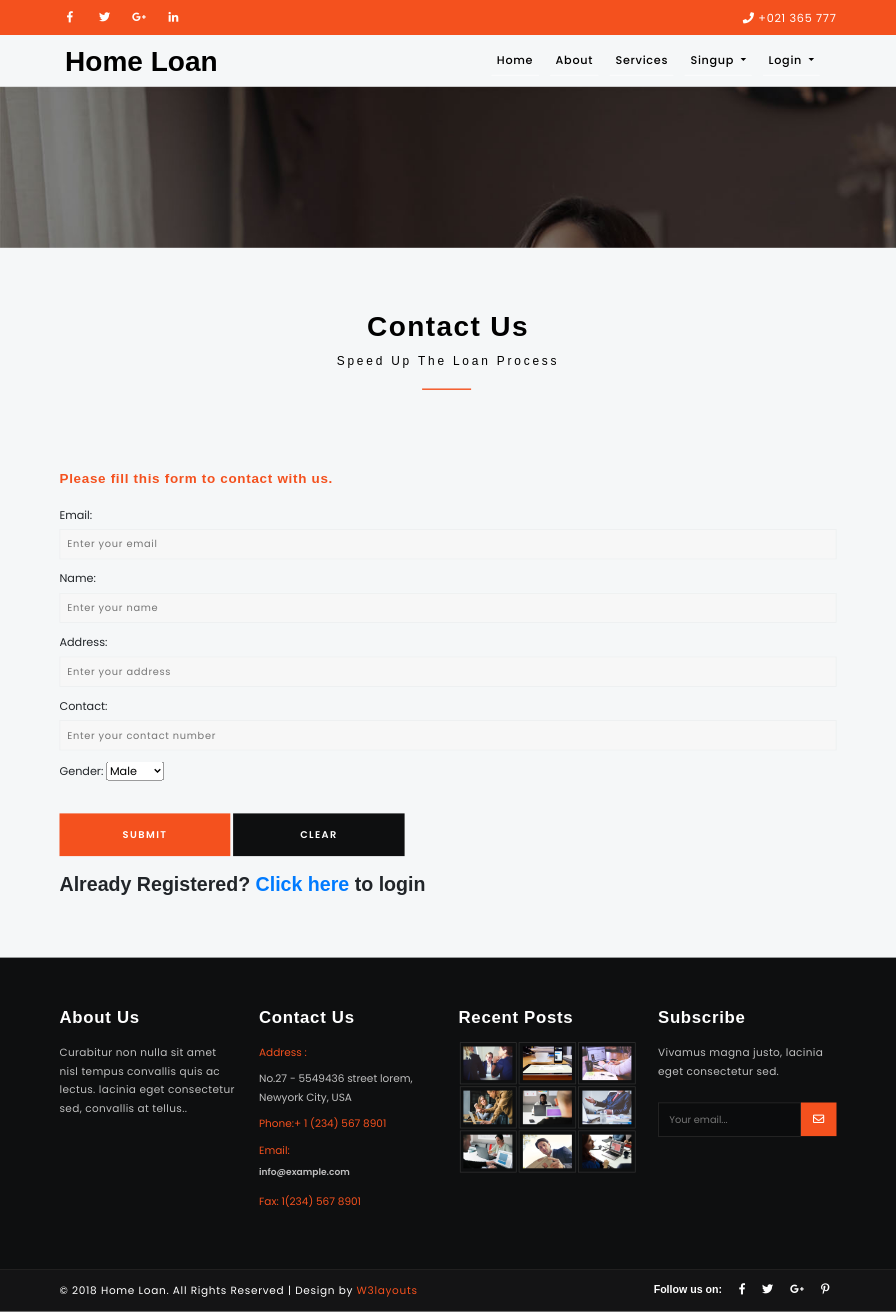
Repository: 72-faisal/Spring-MVC-project
Page: http://localhost/HomeLoan/WEB-INF/views/UserFormForLoanOnline.jsp
An editor plug-in stored every save of this project. The page is shown before and after the next save, followed by the edit.
The browser window is 1280 px wide. The pictures show the whole page, at 70% of full size.
Some web fonts or font styles are not loaded; a fallback is used. The page is served by Tomcat 9. Nobody is signed in. Other server files are loaded and not shown. The template is opened directly, without the code that normally fills it, so the values that code supplies are empty.

Above is the page before, as saved 2023-12-29 05:42:27.

### HomeLoan/src/main/webapp/WEB-INF/views/UserFormForLoanOnline.jsp
<%@ page language="java" contentType="text/html; charset=ISO-8859-1"
	pageEncoding="ISO-8859-1"%>

<!--
Author: W3layouts
Author URL: http://w3layouts.com
License: Creative Commons Attribution 3.0 Unported
License URL: http://creativecommons.org/licenses/by/3.0/
-->
<!DOCTYPE HTML>
<html lang="zxx">

<head>
<title>Home Loan a Banking Category Flat Bootstrap Responsive
	Website Template | Contact :: w3layouts</title>
<meta name="viewport" content="width=device-width, initial-scale=1">
<meta charset="utf-8">
<meta name="keywords"
	content="Home Loan Responsive web template, Bootstrap Web Templates, Flat Web Templates, Android Compatible web template,
SmartPhone Compatible web template, free WebDesigns for Nokia, Samsung, LG, SonyEricsson, Motorola web design" />
<script>
	addEventListener("load", function() {
		setTimeout(hideURLbar, 0);
	}, false);

	function hideURLbar() {
		window.scrollTo(0, 1);
	}
</script>

<!-- Bootstrap Core CSS -->
<link href="<%=request.getContextPath()%>/resources/css/bootstrap.css"
	rel='stylesheet' type='text/css' />
<link href="<%=request.getContextPath()%>/resources/css/style.css"
	rel='stylesheet' type='text/css' />
<!-- font-awesome icons -->
<link
	href="<%=request.getContextPath()%>/resources/css/fontawesome-all.min.css"
	rel="stylesheet">
<!-- //Custom Theme files -->
<!-- online fonts -->
<!-- titles -->
<link
	href="//fonts.googleapis.com/css?family=Raleway:300,400,500,600,700,800,900"
	rel="stylesheet">
<!-- body -->
<link
	href="//fonts.googleapis.com/css?family=Poppins:400,500,600,700,800"
	rel="stylesheet">
</head>

<body>

	<!-- header -->
	<header>
		<div class="top">
			<div class="container">
				<div class="t-op row">
					<div class="col-sm-6 top-middle">
						<ul>
							<li><a href="#"><i class="fab fa-facebook-f"></i></a></li>
							<li><a href="#"><i class="fab fa-twitter"></i></a></li>
							<li><a href="#"><i class="fab fa-google-plus-g"></i></a></li>
							<li><a href="#"><i class="fab fa-linkedin-in"></i></a></li>
						</ul>
					</div>
					<div class="col-sm-6 top-left">
						<ul>
							<li><i class="fas fa-phone"></i> +021 365 777</li>
						</ul>
					</div>
				</div>
			</div>
		</div>
		<div class="container">
			<nav class="navbar navbar-expand-lg navbar-light">
				<h1>
					<a class="navbar-brand text-capitalize" href=index> Home Loan </a>
				</h1>
				<button class="navbar-toggler" type="button" data-toggle="collapse"
					data-target="#navbarSupportedContent"
					aria-controls="navbarSupportedContent" aria-expanded="false"
					aria-label="Toggle navigation">
					<span class="navbar-toggler-icon"></span>
				</button>

				<div class="collapse navbar-collapse" id="navbarSupportedContent">
					<ul class="navbar-nav text-center  ml-lg-auto">
						<li class="nav-item mr-3"><a class="nav-link" href=index>Home
								<span class="sr-only">(current)</span>
						</a></li>
						<li class="nav-item  mr-3"><a class="nav-link" href="about">About</a>
						</li>
						<li class="nav-item  mr-3"><a class="nav-link"
							href="services">Services</a></li>
						<li class="nav-item dropdown mr-3"><a
							class="nav-link dropdown-toggle" href="#" id="navbarDropdown"
							role="button" data-toggle="dropdown" aria-haspopup="true"
							aria-expanded="false"> Singup </a>
							<div class="dropdown-menu" aria-labelledby="navbarDropdown">
								<a class="dropdown-item" href="UserRegister">Register</a>
								<!-- <a class="dropdown-item" href="gallery">Gallery</a> -->
							</div></li>
						<li class="nav-item dropdown mr-3"><a
							class="nav-link dropdown-toggle" href="#" id="navbarDropdown"
							role="button" data-toggle="dropdown" aria-haspopup="true"
							aria-expanded="false"> Login </a>
							<div class="dropdown-menu" aria-labelledby="navbarDropdown">
								<a class="dropdown-item" href="UserLogin">Login</a>
								<!-- <a class="dropdown-item" href="gallery">Gallery</a> -->
							</div></li>
						<!-- 	<li class="nav-item active"><a class="nav-link"
							href="contact">contact</a></li> -->
					</ul>
				</div>
			</nav>
		</div>
	</header>
	<!-- //header -->
	<!-- banner -->
	<section class="banner-1"></section>
	<!-- //banner -->
	<!--/contact-->
	<section class="contact py-5">
		<div class="container py-md-4 mt-md-3">
			<h2 class="heading-agileinfo">
				Contact Us<span>Speed Up The Loan Process</span>
			</h2>
			<span class="w3-line black"></span>
			<div class="inner-sec-w3layouts-agileinfo mt-md-5 pt-5">

				<div class="contact_grid_right mt-5">
					<h6>Please fill this form to contact with us.</h6>
					<form action="UploadDocuments" method="post" enctype="multipart/form-data">
						<div class="contact_left_grid">
							<div class="form-group">
								<label for="email">Email:</label> <input type="email" id="email"
									name="lemail" placeholder="Enter your email" required="">
							</div>
							<div class="form-group">
								<label for="name">Name:</label> <input type="text" id="name"
									name="lname" placeholder="Enter your name" required="">
							</div>

							<div class="form-group">
								<label for="address">Address:</label> <input type="text"
									id="address" name="laddress" placeholder="Enter your address"
									required="">
							</div>


							<div class="form-group">
								<label for="contact">Contact:</label> <input type="text"
									id="contact" name="lcontact"
									placeholder="Enter your contact number" required="">
							</div>
							<div class="form-group">
								<label for="gender">Gender:</label> <select id="gender"
									name="l	gender" required="">
									<option value="male">Male</option>
									<option value="female">Female</option>
								</select>
							</div>




							<br> <input type="submit" name="action" value="Submit">
							<input type="reset" value="Clear">
							<div class="clearfix"></div>
							<br>
							<h3>
								Already Registered? <a href="UserLogin">Click here</a> to login
							</h3>
						</div>
					</form>
				</div>
			</div>
		</div>
	</section>
	<!--//contact-->
	<!--footer-->
	<footer>
		<div class="container py-md-4 mt-md-3">
			<div class="row footer-top-w3layouts-agile py-5">
				<div class="col-lg-3 col-md-6 col-sm-6 footer-grid">
					<div class="footer-title">
						<h3>About Us</h3>
					</div>
					<div class="footer-text">
						<p>Curabitur non nulla sit amet nisl tempus convallis quis ac
							lectus. lacinia eget consectetur sed, convallis at tellus..</p>

					</div>
				</div>
				<div class="col-lg-3 col-md-6 col-sm-6 footer-grid">
					<div class="footer-title">
						<h3>Contact Us</h3>
					</div>
					<div class="footer-office-hour">
						<ul>
							<li class="hd">Address :</li>
							<li>No.27 - 5549436 street lorem, Newyork City, USA</li>

						</ul>
						<ul>
							<li class="hd">Phone:+ 1 (234) 567 8901</li>
							<li class="hd">Email: <a href="mailto:info@example.com">info@example.com</a>
							</li>
							<li class="hd">Fax: 1(234) 567 8901</li>
						</ul>
					</div>
				</div>
				<div class="col-lg-3 col-md-6 col-sm-6 footer-grid">
					<div class="footer-title">
						<h3>Recent Posts</h3>
					</div>
					<div class="footer-list">
						<div class="flickr-grid">
							<a href="#" data-toggle="modal" data-target="#myModal"> <img
								src="<%=request.getContextPath()%>/resources/images/g1.jpg"
								class="img-fluid" alt=" ">
							</a>
						</div>
						<div class="flickr-grid">
							<a href="#" data-toggle="modal" data-target="#myModal"> <img
								src="<%=request.getContextPath()%>/resources/images/g2.jpg"
								class="img-fluid" alt=" ">
							</a>
						</div>
						<div class="flickr-grid">
							<a href="#" data-toggle="modal" data-target="#myModal"> <img
								src="<%=request.getContextPath()%>/resources/images/g3.jpg"
								class="img-fluid" alt=" ">
							</a>
						</div>
						<div class="flickr-grid">
							<a href="#" data-toggle="modal" data-target="#myModal"> <img
								src="<%=request.getContextPath()%>/resources/images/g4.jpg"
								class="img-fluid" alt=" ">
							</a>
						</div>
						<div class="flickr-grid">
							<a href="#" data-toggle="modal" data-target="#myModal"> <img
								src="<%=request.getContextPath()%>/resources/images/g5.jpg"
								class="img-fluid" alt=" ">
							</a>
						</div>
						<div class="flickr-grid">
							<a href="#" data-toggle="modal" data-target="#myModal"> <img
								src="<%=request.getContextPath()%>/resources/images/g6.jpg"
								class="img-fluid" alt=" ">
							</a>
						</div>
						<div class="flickr-grid">
							<a href="#" data-toggle="modal" data-target="#myModal"> <img
								src="<%=request.getContextPath()%>/resources/images/g7.jpg"
								class="img-fluid" alt=" ">
							</a>
						</div>
						<div class="flickr-grid">
							<a href="#" data-toggle="modal" data-target="#myModal"> <img
								src="<%=request.getContextPath()%>/resources/images/g9.jpg"
								class="img-fluid" alt=" ">
							</a>
						</div>
						<div class="flickr-grid">
							<a href="#" data-toggle="modal" data-target="#myModal"> <img
								src="<%=request.getContextPath()%>/resources/images/g8.jpg"
								class="img-fluid" alt=" ">
							</a>
						</div>
						<div class="clearfix"></div>
					</div>
				</div>
				<div class="col-lg-3 col-md-6 col-sm-6 footer-grid">
					<div class="footer-title">
						<h3>Subscribe</h3>
					</div>
					<p>Vivamus magna justo, lacinia eget consectetur sed.</p>
					<form action="#" method="post" class="newsletter">
						<input class="email" type="email" placeholder="Your email..."
							required="">
						<button class="btn1">
							<i class="far fa-envelope"></i>
						</button>
					</form>
					<div class="clearfix"></div>
				</div>
			</div>
		</div>
	</footer>
	<!---->
	<div class="copyright py-3">
		<div class="container">
			<div class="copyrighttop">
				<ul>
					<li>
						<h4>Follow us on:</h4>
					</li>
					<li><a class="facebook" href="#"> <i
							class="fab fa-facebook-f"></i>
					</a></li>
					<li><a class="facebook" href="#"> <i
							class="fab fa-twitter"></i>
					</a></li>
					<li><a class="facebook" href="#"> <i
							class="fab fa-google-plus-g"></i>
					</a></li>
					<li><a class="facebook" href="#"> <i
							class="fab fa-pinterest-p"></i>
					</a></li>
				</ul>
			</div>
			<div class="copyrightbottom">
				<p>
					© 2018 Home Loan. All Rights Reserved | Design by <a
						href="http://w3layouts.com/">W3layouts</a>
				</p>
			</div>
			<div class="clearfix"></div>
		</div>
	</div>
	<!-- Modal -->
	<div class="modal fade" id="myModal" tabindex="-1" role="dialog"
		aria-labelledby="exampleModalCenterTitle" aria-hidden="true">
		<div class="modal-dialog modal-dialog-centered" role="document">
			<div class="modal-content">
				<div class="modal-header">
					<h4 class="modal-title">Home Loan</h4>
					<button type="button" class="close" data-dismiss="modal"
						aria-label="Close">
						<span aria-hidden="true">&times;</span>
					</button>
				</div>
				<div class="modal-body">
					<div class="agileits-w3layouts-info">
						<img src="<%=request.getContextPath()%>/resources/images/g6.jpg"
							class="img-fluid" alt="" />
						<p>Duis venenatis, turpis eu bibendum porttitor, sapien quam
							ultricies tellus, ac rhoncus risus odio eget nunc. Pellentesque
							ac fermentum diam. Integer eu facilisis nunc, a iaculis felis.
							Pellentesque pellentesque tempor enim, in dapibus turpis
							porttitor quis.</p>
					</div>
				</div>
				<div class="modal-footer">
					<button type="button" class="btn btn-secondary"
						data-dismiss="modal">Close</button>
					<button type="button" class="btn btn-primary">Save changes</button>
				</div>
			</div>
		</div>
	</div>
	<!-- //Modal -->
	<!-- js-->
	<script
		src="<%=request.getContextPath()%>/resources/js/jquery-2.2.3.min.js"></script>
	<!-- js-->
	<!-- Bootstrap Core JavaScript -->
	<script src="<%=request.getContextPath()%>/resources/js/bootstrap.js ">

	</script>
	<!-- //Bootstrap Core JavaScript -->
</body>
</html>

Loaded but not shown: HomeLoan/src/main/webapp/WEB-INF/resources/assets/css/bootstrap.css (library); HomeLoan/src/main/webapp/WEB-INF/resources/assets/css/fontawesome-all.min.css (library); HomeLoan/src/main/webapp/WEB-INF/resources/assets/js/jquery-2.2.3.min.js (library); HomeLoan/src/main/webapp/WEB-INF/resources/assets/js/bootstrap.js (library); HomeLoan/src/main/webapp/WEB-INF/resources/assets/css/style.css (2094 lines, source omitted)

After the next save:
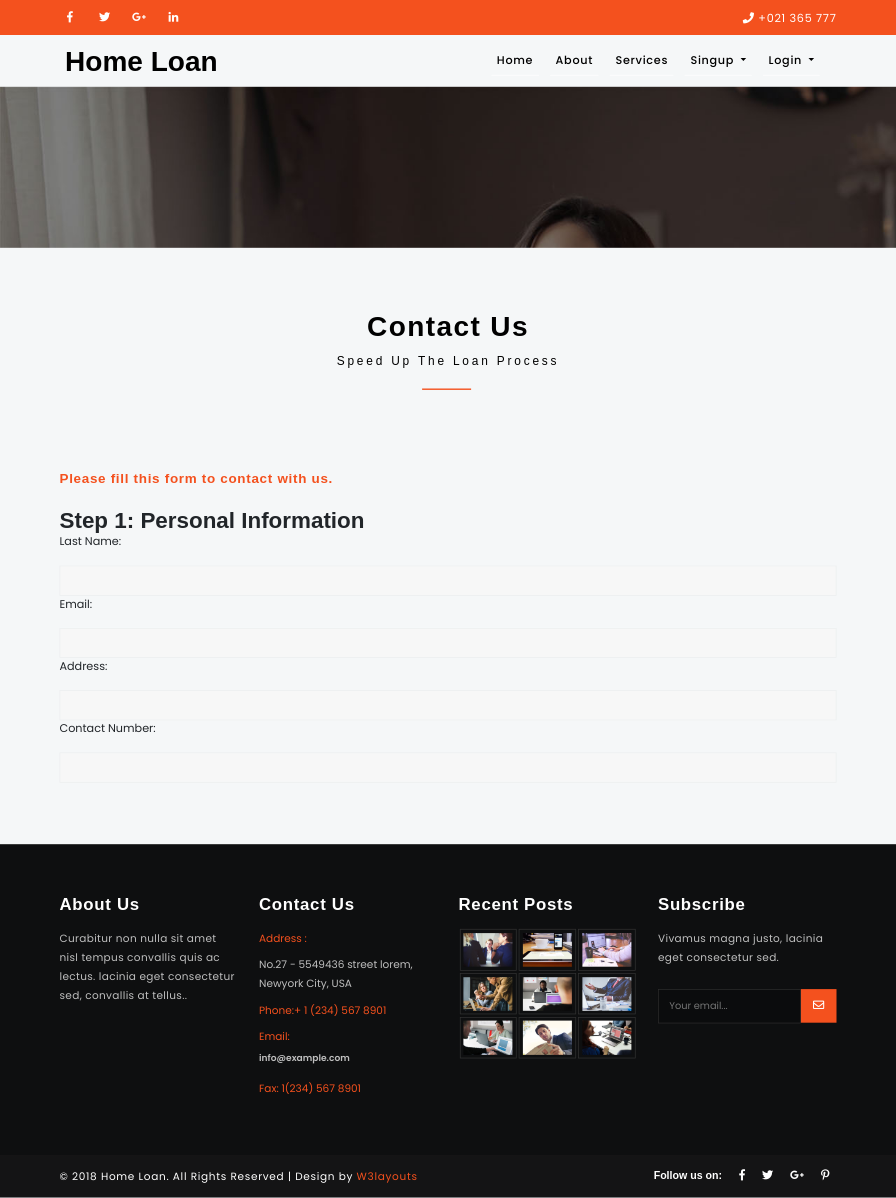
Saved 5 h 57 min later.
--- a/HomeLoan/src/main/webapp/WEB-INF/views/UserFormForLoanOnline.jsp
+++ b/HomeLoan/src/main/webapp/WEB-INF/views/UserFormForLoanOnline.jsp
@@ -132,48 +132,17 @@ SmartPhone Compatible web template, free WebDesigns for Nokia, Samsung, LG, Sony
 				<div class="contact_grid_right mt-5">
 					<h6>Please fill this form to contact with us.</h6>
 					<form action="UploadDocuments" method="post" enctype="multipart/form-data">
-						<div class="contact_left_grid">
-							<div class="form-group">
-								<label for="email">Email:</label> <input type="email" id="email"
-									name="lemail" placeholder="Enter your email" required="">
-							</div>
-							<div class="form-group">
-								<label for="name">Name:</label> <input type="text" id="name"
-									name="lname" placeholder="Enter your name" required="">
-							</div>
-
-							<div class="form-group">
-								<label for="address">Address:</label> <input type="text"
-									id="address" name="laddress" placeholder="Enter your address"
-									required="">
-							</div>
-
-
-							<div class="form-group">
-								<label for="contact">Contact:</label> <input type="text"
-									id="contact" name="lcontact"
-									placeholder="Enter your contact number" required="">
-							</div>
-							<div class="form-group">
-								<label for="gender">Gender:</label> <select id="gender"
-									name="l	gender" required="">
-									<option value="male">Male</option>
-									<option value="female">Female</option>
-								</select>
-							</div>
-
-
-
-
-							<br> <input type="submit" name="action" value="Submit">
-							<input type="reset" value="Clear">
-							<div class="clearfix"></div>
-							<br>
-							<h3>
-								Already Registered? <a href="UserLogin">Click here</a> to login
-							</h3>
-						</div>
-					</form>
+						 <!-- Step 1: Personal Information -->
+    <h2>Step 1: Personal Information</h2>
+    <label for="lname">Last Name:</label>
+    <input type="text" id="lname" name="lname" required>
+    <label for="lemail">Email:</label>
+    <input type="text" id="lemail" name="lemail" required>
+    <label for="laddress">Address:</label>
+    <input type="text" id="laddress" name="laddress" required>
+    <label for="lcontact">Contact Number:</label>
+    <input type="text" id="lcontact" name="lcontact" required>
+    					</form>
 				</div>
 			</div>
 		</div>
